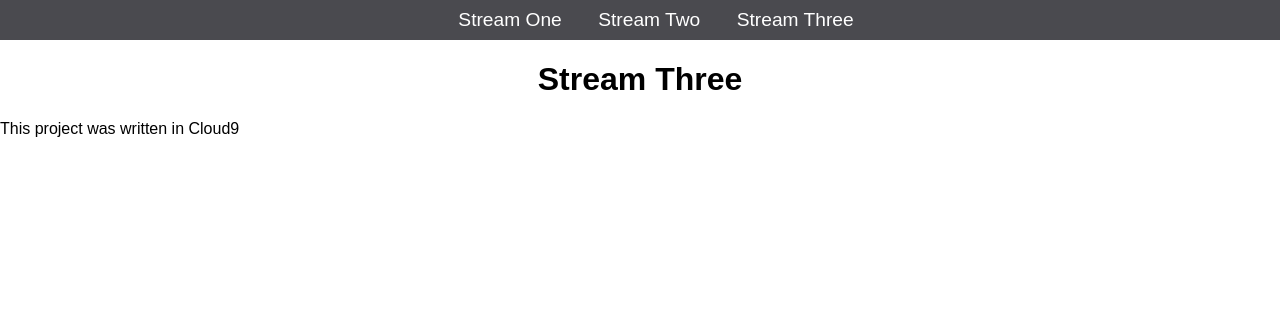
Repository: ElaineArchbold/my-first-website
Page: stream-three.html
The author's editor kept a record of every edit. The page is drawn from the files as they stood at one moment, then again after the next edit.
The browser window is 1280 px wide. The pictures show the whole page.

Above is the page before.

### stream-three.html
<!DOCTYPE html>
<html>
    <head>
        <title>Hello World</title>
         <link rel="stylesheet" href="css/style.css" type="text/css" />
    </head>
    <body>
       <nav>
           <ul>
               <li><a href="stream-one.html">Stream One</a></li>
               <li><a href="stream-two.html">Stream Two</a></li>
                <li><a href="stream-three.html">Stream Three</a></li>

           </ul>

       </nav>

        <h1>Stream Three</h1>
      <p>This project was written in Cloud9</p>





    </body>

</html>

### css/style.css
body{
    margin: 0;
    padding: 0;
    font-family: 'Oswald', sans-serif;

}

nav ul {
    list-style: none;
    background-color: #4a4a4f;
    text-align: center;
    margin: 0;
    padding: 0;
}

nav li {
    font-size: 1.2em;
    line-height: 40px;
    height: 40px;
    display: inline-block;
    margin-left: 2.5%;

}

nav a {
    text-decoration: none;
    color: #ffffff;
    display: block;
}

nav a:hover {
    background-color: #ffffff;
    color: #4a4a4f;
}
.card{
    float: left;
    width: 20%;
    margin-left: 10%;
}

.card a {
    text-align: center;
}

img {
    width: 100%;

}

h2{
    text-align: center;
}

h1 {

    text-align:center;
}

After the next edit:
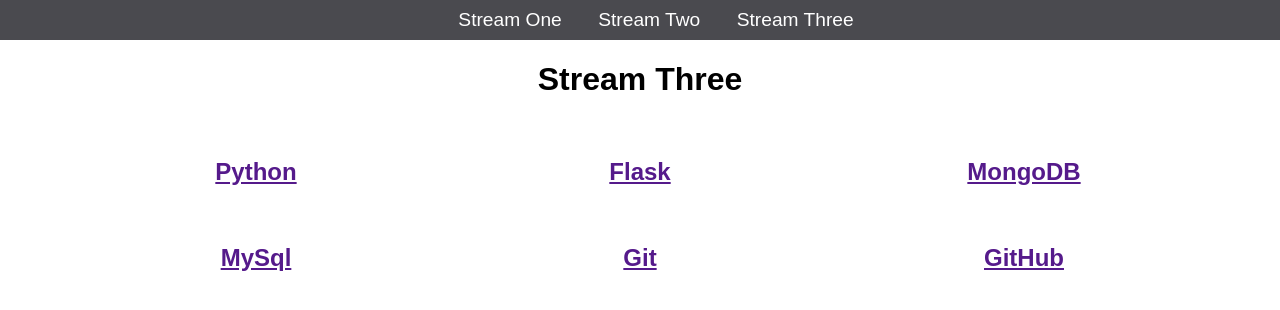
The edit:
--- a/stream-three.html
+++ b/stream-three.html
@@ -16,9 +16,31 @@
        </nav>
 
         <h1>Stream Three</h1>
-      <p>This project was written in Cloud9</p>
 
 
+          <div class="card">
+            <a href=""><img src=""><h2>Python</h2>
+        </div>
+
+          <div class="card">
+            <a href=""><img src=""><h2>Flask</h2>
+        </div>
+
+          <div class="card">
+            <a href=""><img src=""><h2>MongoDB<h2>
+        </div>
+
+         <div class="card">
+            <a href=""><img src=""><h2>MySql</h2>
+        </div>
+
+        <div class="card">
+            <a href=""><img src=""><h2>Git</h2>
+        </div>
+
+        <div class="card">
+            <a href=""><img src=""><h2>GitHub</h2>
+        </div>
 
 
 
